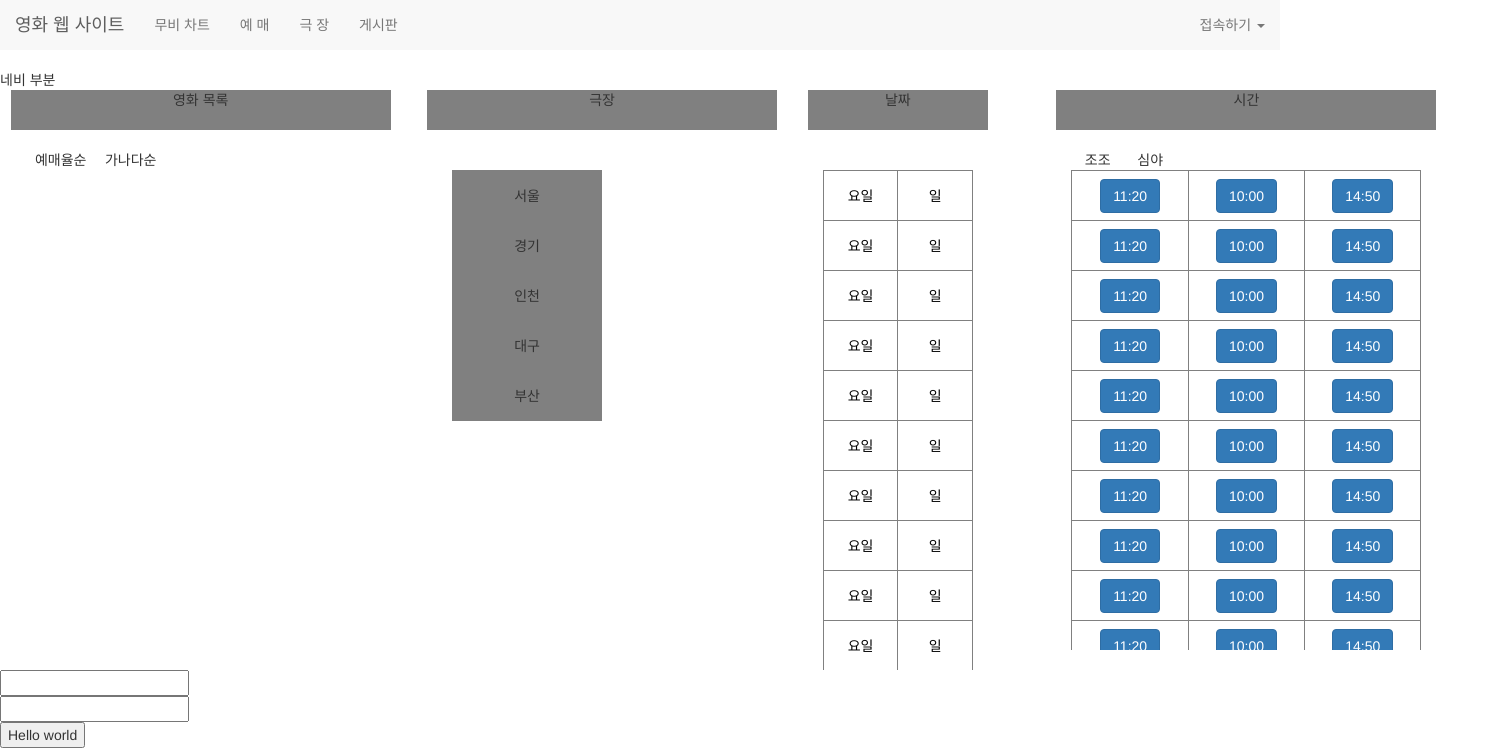
Repository: Gotaemin/java
Page: http://localhost/BBS/movieReserve.jsp
An editor plug-in stored every save of this project. The page is shown before and after a run of saves, followed by the edit.
The browser window is 1280 px wide. The page is 1500 px wide, so the pictures cover 1500 px, including what lies to the right of the window. The pictures show the whole page.
Some web libraries are served in a nearby version. The page is served by Tomcat 9. Other server files are loaded and not shown. The template is opened directly, without the code that normally fills it, so the values that code supplies are empty.

Above is the page before, as saved 2020-03-19 08:32:44.

### BBS/BBS/WebContent/movieReserve.jsp
<%@ page language="java" contentType="text/html; charset=UTF-8"
	pageEncoding="UTF-8"%>

<%@ page import="java.io.PrintWriter"%>
<%@ page import="java.util.ArrayList"%>
<%@ page import="vo.Movie"%>

<%@ taglib prefix="c" uri="http://java.sun.com/jsp/jstl/core"%>

<!DOCTYPE html>
<html>
<head>
<meta charset="UTF-8">

<meta name="viewport" content="width=device-width" ,initial-scale="1">
<link rel="stylesheet" href="css/bootstrap.css">

<style type="text/css">
a, a:hover{
		color: #000000;
		text-decoration:none;
	}

#a th, #a td {
	border: 1px solid gray;
	height:50px;
}
tr{
	text-align: center;
}


.local{
	background-color: gray;
}


#movie_movieList {
	max-height: 500px;
	overflow-y: scroll;
	width: 380px;
}

#movie_Threater {
	max-height: 500px;
	overflow-y: scroll;
	width: 380px;
}

#movie_Date {
	max-height: 500px;
	overflow-y: scroll;
	width: 180px;
}

#movie_Time {
	max-height: 500px;
	overflow-y: scroll;
	width: 480px;
}

</style>
<title>Insert title here</title>
</head>
<body>


	<%
		String userID = null;
		if (session.getAttribute("userID") != null) {
			userID = (String) session.getAttribute("userID");
		}
	%>

	<script src="https://code.jquery.com/jquery-3.1.1.min.js"></script>
	<script src="js/bootstrap.js"></script>


	<nav class="navbr navbar-default" style="margin-bottom: 20px;">

		<div class="navbar-header">
			<button type="button" class="navbar-toggle collapsed"
				data-toggle="collapse" data-target="#bs-example-navbar-collapse-1"
				aria-expanded="false">
				<span class="icon-bar"></span> <span class="icon-bar"></span> <span
					class="icon-bar"></span>
			</button>
			<a class="navbar-brand" href="MovieMain.jsp">영화 웹 사이트</a>
		</div>


		<div class="collapse navbar-collapse"
			id="#bs-example-navbar-collapse-1">
			<ul class="nav navbar-nav">
				<li><a href="movieList.movie">무비 차트</a></li>
				<li><a href="#">예 매</a></li>
				<li><a href="#">극 장</a></li>
				<li><a href="bbs.jsp">게시판</a></li>
			</ul>

			<%
				if (userID == null) {
			%>
			<ul class="nav navbar-nav navbar-right">
				<li class="dropdown"><a href="#" class="dropdown-toggle"
					data-toggle="dropdown" role="button" aria-haspopup="true"
					aria-expanded="false">접속하기 <span class="caret"></span>
				</a>

					<ul class="dropdown-menu">
						<li><a href="login.jsp">로그인</a></li>
						<li><a href="join.jsp">회원가입</a></li>
					</ul></li>
			</ul>
			<%
				} else {
			%>
			<ul class="nav navbar-nav navbar-right">
				<li class="dropdown"><a href="#" class="dropdown-toggle"
					data-toggle="dropdown" role="button" aria-haspopup="true"
					aria-expanded="false">회원관리 <span class="caret"></span>
				</a>

					<ul class="dropdown-menu">
						<li><a href="logout.jsp">로그아웃</a></li>

					</ul></li>
			</ul>
			<%
				}
			%>

		</div>
	</nav>

	<div id="container">

		<div class="navi">네비 부분</div>

<!-- 		style="width:380px" -->
		<div  style="display: table;  word-break: break-all; width: 1500px; height: 500px; background: skyblue">
			<div style="display: table-row;">

				<!-- 영화제목 리스트 출력 -->
				<div align=center style="display: table-cell; background: white;">
					<div  style="padding:auto; width: 380px; height: 40px; background: gray; margin-bottom: 20px;">영화 목록</div>
					<div id="movie_movieList">
						<table style="width: 350px;">
							<colgroup>
								<col width="20%">
								<col width="20%">
								<col width="60">
							</colgroup>
							<thead>
								<tr>
									<td>예매율순</td>
									<td>가나다순</td>
									<td></td>
								</tr>
							</thead>
						</table>
						<div>
							<table style="width: 350px;">
								<colgroup>
									<col width="20%">
									<col width="80%">
								</colgroup>
								<tbody id="a">
									<c:forEach var="movie" items="${movieTitle}" varStatus="status">
										<tr>
											<td>
												<c:choose>
												<c:when test="${movie.ageLimit == 0}">
													<img src="image/all.png" style="width: 45px;height: 45px;"/>
												</c:when>
												<c:when test="${movie.ageLimit == 12}">
													<img src="image/12.png" style="width: 45px;height: 45px;"/>
												</c:when>
												<c:when test="${movie.ageLimit == 15}">
													<img src="image/15.png" style="width: 45px;height: 45px;"/>
												</c:when>
												<c:when test="${movie.ageLimit == 19}">
													<img src="image/19.png" style="width: 45px;height: 45px;"/>
												</c:when>
												</c:choose>
											</td>
											<td><a href ="#">${movie.title}</a></td>
										</tr>
									</c:forEach>
								</tbody>
							</table>
						</div>
					</div>
				</div>

				<!-- 극장 리스트 출력 -->

				<div align=center style="display: table-cell; background: white;">
					<div class="test_content" style="width: 350px; height: 40px; background: gray; margin-bottom: 20px;">극장</div>
					<div id="movie_Threater">
						<%
							String city = "seoul";
						%>

						<br>
						<div style="display: table-cell;">
							<table class="city_table" id="example-table-1" style="width: 150px;">
								<tbody id="a" class="local">
									<tr>
										<td>서울</td>
									</tr>
									<tr>
										<td>경기</td>
									</tr>
									<tr>
										<td>인천</td>
									</tr>
									<tr>
										<td>대구</td>
									</tr>
									<tr>
										<td>부산</td>
									</tr>
								</tbody>
							</table>
						</div>


						<div style="display: table-cell;">
							<table style="width: 150px;">
								<tbody id="a">
									<c:forEach var="theater" items="${theaterLocal}" varStatus="status">
										<tr>
											<td><a href ="#">${theater.local}</a></td>
										</tr>
									</c:forEach>


								</tbody>
							</table>
						</div>
					</div>

				</div>




				<!-- 영화 상영 날짜 출력 -->
				<div align=center style="display: table-cell; background: white;">
					<div class="test_content" style="width: 180px; height: 40px; background: gray; margin-bottom: 20px;">날짜</div>
					<br>
					<div id="movie_Date">
						<div>
							<table style="width: 150px;">
								<colgroup>
									<col width="50%">
									<col width="50%">
								</colgroup>
								<tbody id="a">
									<%
										for (int i = 0; i < 10; i++) {
									%>
									<tr style="text-align: center;">
										<td><a href="#">요일</a></td>
										<td><a href="#">일</a></td>
									</tr>

									<%
										}
									%>
								</tbody>
							</table>
						</div>
					</div>

				</div>

				<!-- 영화 상영 가능 시간 출력 -->
				<div align=center style="display: table-cell; background: white;">
					<div class="test_content" style="width: 380px; height: 40px; background: gray; margin-bottom: 20px;">시간</div>
					<div id="movie_Time">
						<table style="width: 350px;">
							<colgroup>
								<col width="15%">
								<col width="15%">
								<col width="70%">
							</colgroup>
							<thead>
								<tr>
									<td>조조</td>
									<td>심야</td>
									<td></td>
								</tr>
							</thead>
						</table>
						<div>
							<table style="width: 350px;">
								<colgroup>
									<col width="30%">
									<col width="30%">
									<col width="30%">
								</colgroup>
								<tbody id="a">
									<%
										for (int i = 0; i < 10; i++) {
									%>
									<tr>
										<td><input class="btn btn-primary btn-pull" type="button" value="11:20"></td>
										<td><input class="btn btn-primary btn-pull" type="button" value="10:00"></td>
										<td><input class="btn btn-primary btn-pull" type="button" value="14:50"></td>
									</tr>

									<%
										}
									%>
								</tbody>
							</table>
						</div>
					</div>
				</div>
			</div>

<!-- 			body -->
		</div>
		<input type="text" id="ex1_Result2" value="${city}">

	</div>



	<input type="text" id = "city_result">
	<div id = "city_result2"></div>


	<input type="button" id="hw" value="Hello world" />

    <script type="text/javascript" src="js/table.js"></script>

</body>
</html>

### BBS/BBS/WebContent/js/table.js
var hw = document.getElementById('hw');

hw.addEventListener('click', function(){
    alert(hw);

})


$("#example-table-1 tr").click(function(){

			var str = ""
			var tdArr = new Array();	// 배열 선언

			// 현재 클릭된 Row(<tr>)
			var tr = $(this);
			var td = tr.children();

			// tr.text()는 클릭된 Row 즉 tr에 있는 모든 값을 가져온다
			console.log("클릭한 Row의 모든 데이터 : "+tr.text());

			// 반복문을 이용해서 배열에 값을 담아 사용할 수 도 있다.
//			td.each(function(i){
//				tdArr.push(td.eq(i).text());
//			});


			var city = td.eq(0).text();
			str = city;


			if(str == '서울'){
				tdArr.push('홍대');
				tdArr.push('건대');
				tdArr.push('강남');
				tdArr.push('목동');
			}else if(str == '경기'){
				tdArr.push('노원');
				tdArr.push('구리');
				tdArr.push('덕소');
			}else if(str == '인천'){

			}else if(str == '대구'){

			}else if(str == '부산'){

			}



			$("#city_result").html(city);
			$("#city_result").html(tdArr);
			$("#city_result2").html(tdArr);
		});

Loaded but not shown: BBS/BBS/WebContent/css/bootstrap.css (library); BBS/BBS/WebContent/js/bootstrap.js (library)

After the next 3 saves:
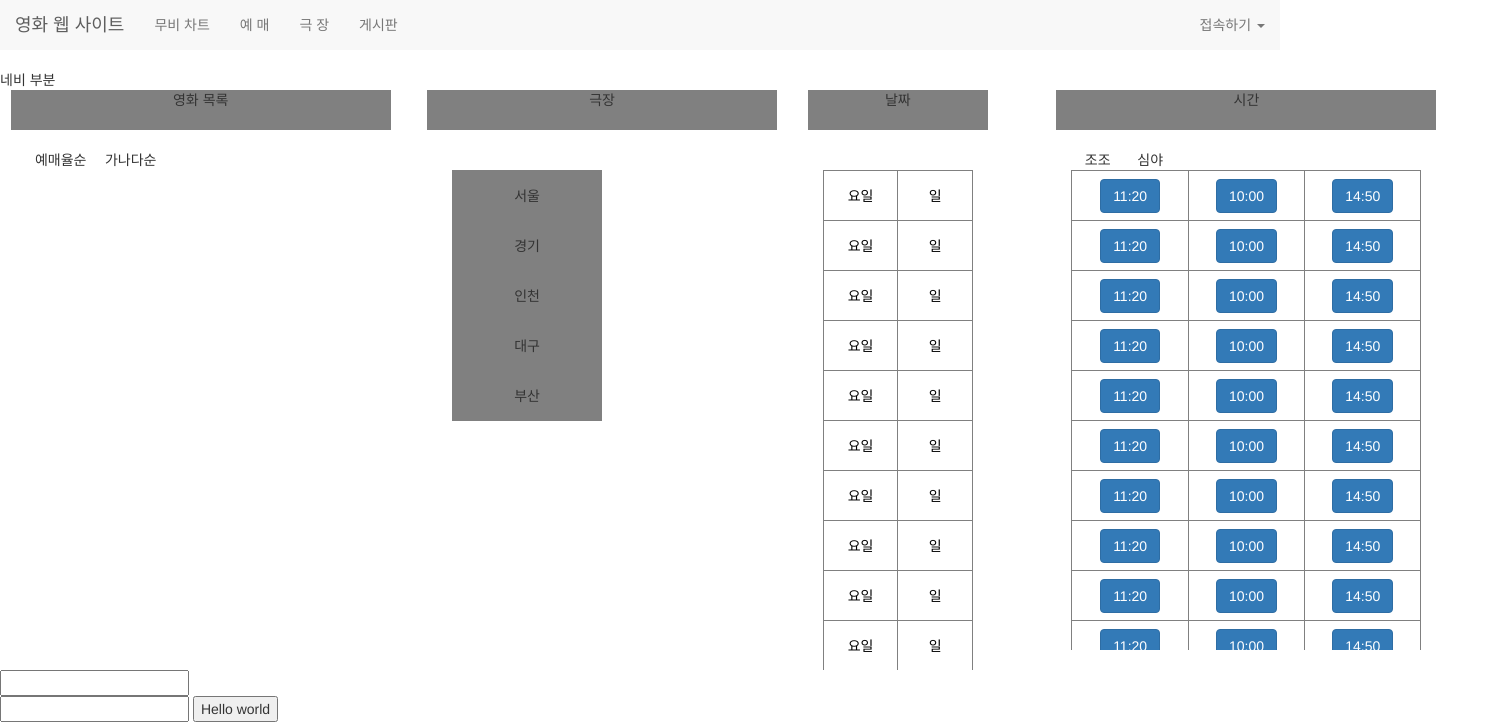
The 3 saves are shown as one change because 1 did not build or start and some came seconds apart.
The last was saved 41 s later.
--- a/BBS/BBS/WebContent/movieReserve.jsp
+++ b/BBS/BBS/WebContent/movieReserve.jsp
@@ -330,8 +330,9 @@ tr{
 
 
 	<input type="text" id = "city_result">
-	<div id = "city_result2"></div>
-
+	<c:set var="city">
+		<div id = "city_result2"></div>
+	</c:set>
 
 	<input type="button" id="hw" value="Hello world" />
 
